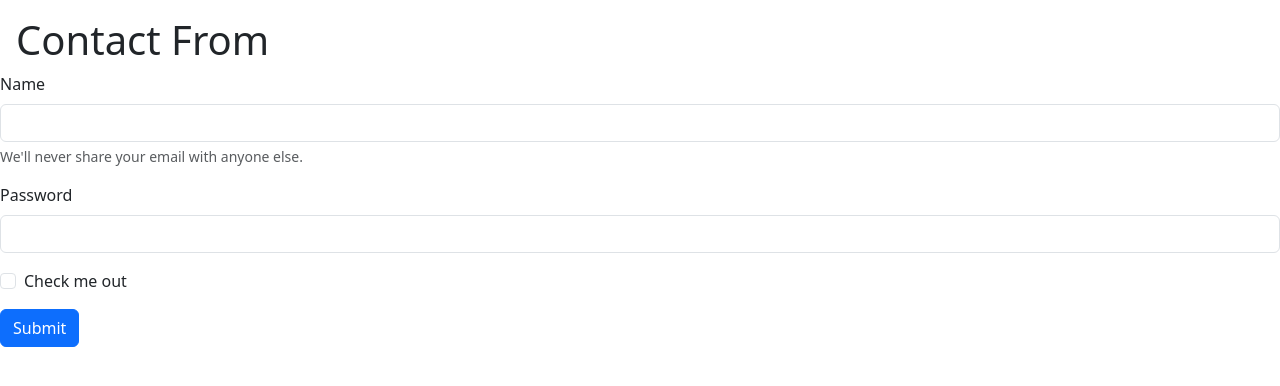
Repository: syni18/bootstrap_form
Page: index.html
The author's editor kept a copy of each file at every save. The page is drawn from the files as they stood at one save, then again after the next save.
The browser window is 1280 px wide. The pictures show the whole page.

Above is the page before, as saved 2023-10-26 15:25:16.

### index.html
<!DOCTYPE html>
<html lang="en">
<head>
    <meta charset="UTF-8">
    <meta name="viewport" content="width=device-width, initial-scale=1.0">
    <link href="https://cdn.jsdelivr.net/npm/bootstrap@5.3.2/dist/css/bootstrap.min.css" rel="stylesheet" integrity="sha384-T3c6CoIi6uLrA9TneNEoa7RxnatzjcDSCmG1MXxSR1GAsXEV/Dwwykc2MPK8M2HN" crossorigin="anonymous">
    <title>Contact From</title>
</head>
<body>
    <h1 class="display-6 ms-3 mt-3">Contact From</h1>
    <form>
  <div class="mb-3">
    <label for="exampleInputName1" class="form-label">Name</label>
    <input type="name" class="form-control" id="exampleInputName1" aria-describedby="NameHelp">
    <div id="NameHelp" class="form-text">We'll never share your email with anyone else.</div>
  </div>
  <div class="mb-3">
    <label for="exampleInputPassword1" class="form-label">Password</label>
    <input type="password" class="form-control" id="exampleInputPassword1">
  </div>
  <div class="mb-3 form-check">
    <input type="checkbox" class="form-check-input" id="exampleCheck1">
    <label class="form-check-label" for="exampleCheck1">Check me out</label>
  </div>
  <button type="submit" class="btn btn-primary">Submit</button>
</form>
    <script src="https://cdn.jsdelivr.net/npm/bootstrap@5.3.2/dist/js/bootstrap.bundle.min.js" integrity="sha384-C6RzsynM9kWDrMNeT87bh95OGNyZPhcTNXj1NW7RuBCsyN/o0jlpcV8Qyq46cDfL" crossorigin="anonymous"></script>
</body>
</html>

After the next save:
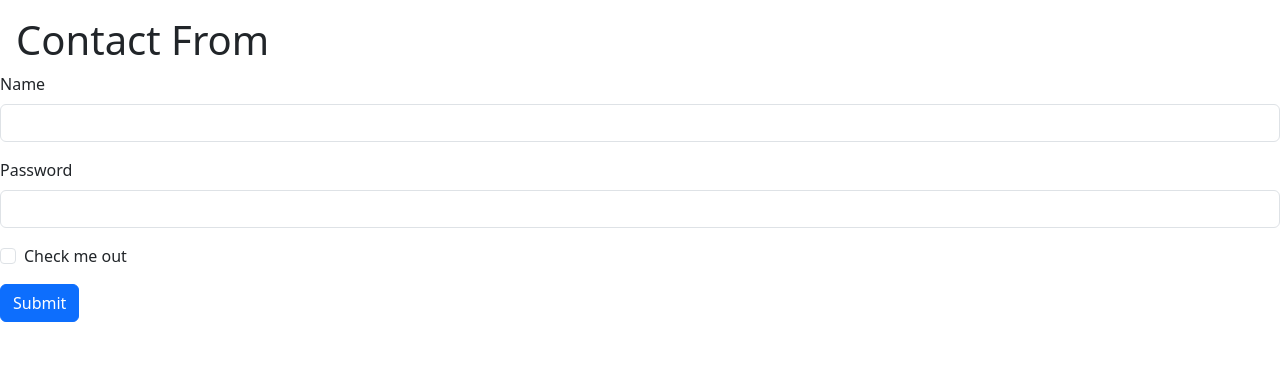
Saved 14 s later.
--- a/index.html
+++ b/index.html
@@ -12,7 +12,6 @@
   <div class="mb-3">
     <label for="exampleInputName1" class="form-label">Name</label>
     <input type="name" class="form-control" id="exampleInputName1" aria-describedby="NameHelp">
-    <div id="NameHelp" class="form-text">We'll never share your email with anyone else.</div>
   </div>
   <div class="mb-3">
     <label for="exampleInputPassword1" class="form-label">Password</label>
